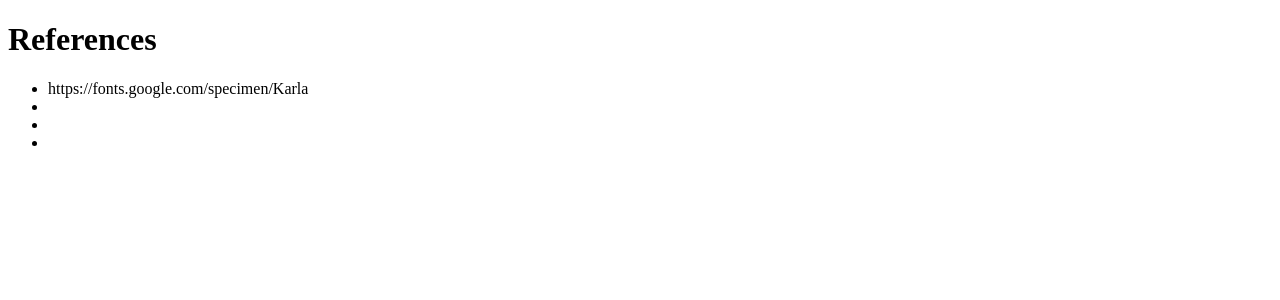
Repository: sarahjx/MDIA2106
Page: html/references.html
The author's editor kept a copy of each file at every save. The page is drawn from the files as they stood at one save, then again after the next save.
The browser window is 1280 px wide. The pictures show the whole page.

Above is the page before, as saved 2025-04-03 10:37:02.

After the next save:
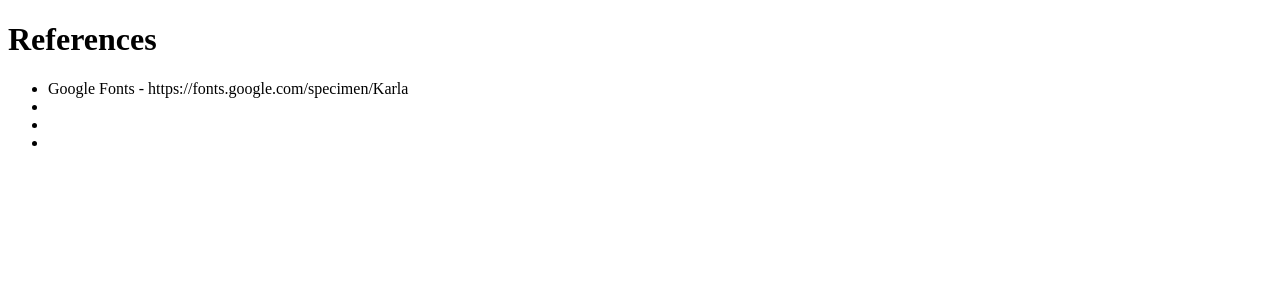
Saved 15 s later.
--- a/html/references.html
+++ b/html/references.html
@@ -8,7 +8,7 @@
 <body>
     <h1 class ="references-header">References</h1>
     <ul>
-        <li>https://fonts.google.com/specimen/Karla</li>
+        <li>Google Fonts - https://fonts.google.com/specimen/Karla</li>
         <li></li>
         <li></li>
         <li></li>
